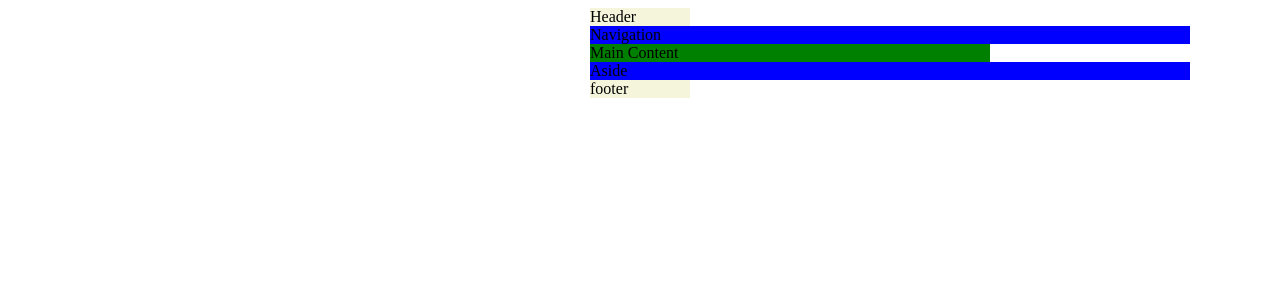
Repository: dishant8/Web-development
Page: public/WebDevWorkspace/experiment/WebContent/CSS/BorderLayout.html
These files come from the project's save history. The page is drawn as it stood at one moment and after the next save; the edit follows.
The browser window is 1280 px wide. The pictures show the whole page.

Above is the page before, as saved 2015-09-29 08:57:13.

### public/WebDevWorkspace/experiment/WebContent/CSS/BorderLayout.html
<!DOCTYPE html>
<html>
<head>
<meta charset="ISO-8859-1">
<title>Border Layout</title>
<link rel="stylesheet" href="CssStyle/style.css" />
</head>
<body>
	<div class=container>
		<header id="north">Header</header>
		<nav id="west">Navigation</nav>
		<main id="center">Main Content</main>
		<aside id="east">Aside</aside>
		<footer id="south">footer</footer>
	</div>
</body>
</html>

### public/WebDevWorkspace/experiment/WebContent/CSS/CssStyle/style.css

body{
margin="0px";
padding="0px";

}

h1,h2,h3,h4{
	margin: 0px;
	padding: 0px;
}


.header{
	color:blue
}

#north, #south{
	background-color: beige;
	width: 100px;
}

#center{
	width: 400px;
	background-color: green;
}

#west, #center, #east{
	float: left;;

}

#west, #east{
	width:600px;
	background-color: blue;

}


.container{
	margin : auto;
	width: 100px;

}

After the next save:
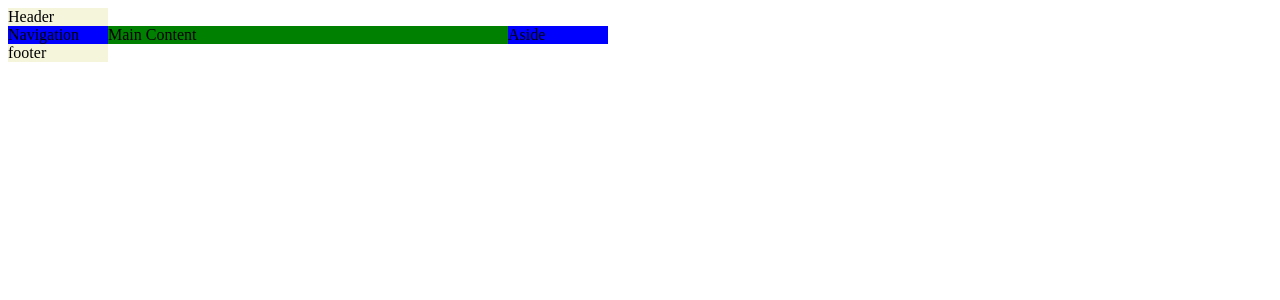
Saved 16 min 47 s later.
--- a/public/WebDevWorkspace/experiment/WebContent/CSS/CssStyle/style.css
+++ b/public/WebDevWorkspace/experiment/WebContent/CSS/CssStyle/style.css
@@ -31,14 +31,7 @@ h1,h2,h3,h4{
 }
 
 #west, #east{
-	width:600px;
-	background-color: blue;
+	width:100px;
+		background-color: blue;
 
 }
-
-
-.container{
-	margin : auto;
-	width: 100px;
-
-}
